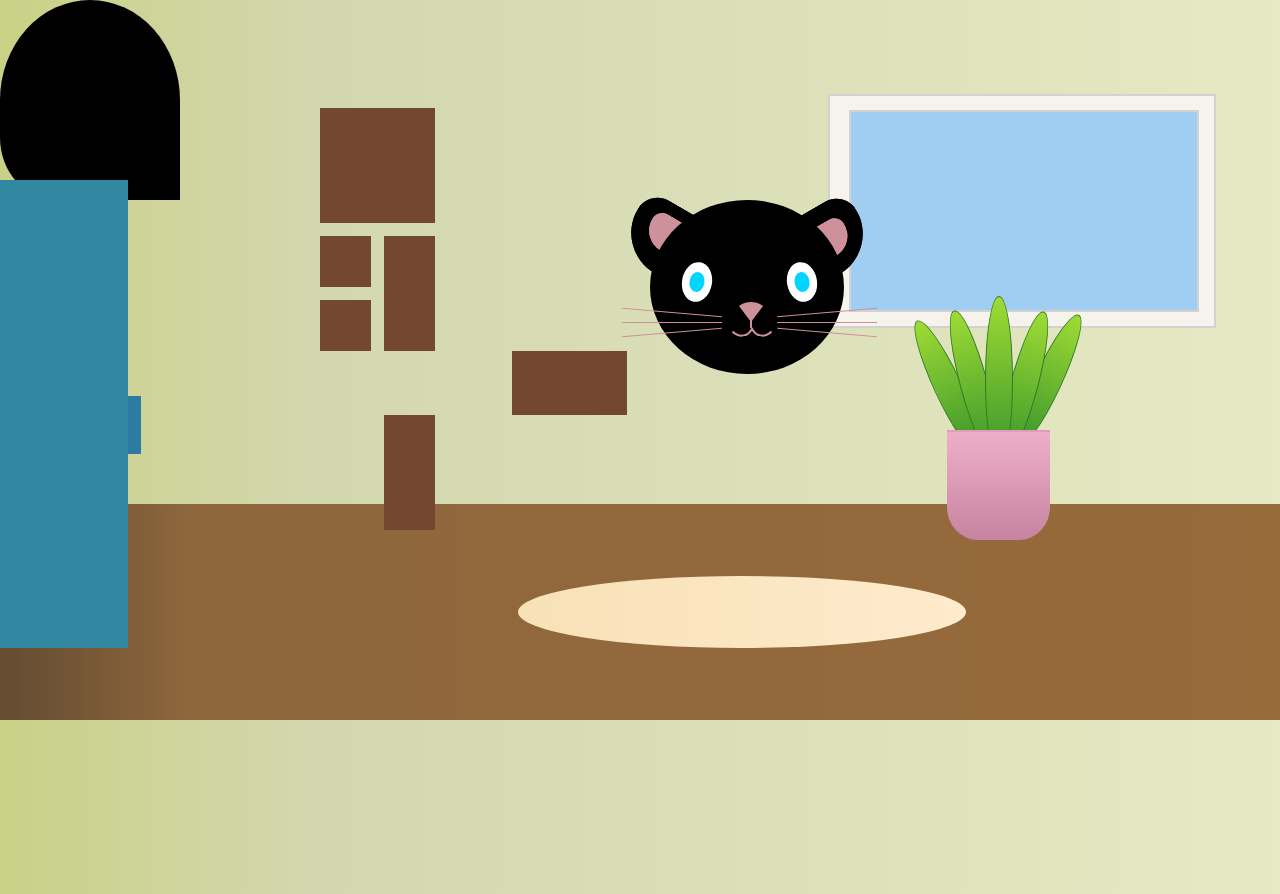
Repository: SandyLy453/COMP-2170-team-project
Page: index.html
The author's editor kept a copy of each file at every save. The page is drawn from the files as they stood at one save, then again after the next save.
The browser window is 1280 px wide. The pictures show the whole page.

Above is the page before, as saved 2024-05-03 13:48:08.

### index.html
<!DOCTYPE html>
<html lang="en">
<head>
    <meta charset="UTF-8">
    <meta name="viewport" content="width=device-width, initial-scale=1.0">
    <title>Team Project: Doll Dress-Up Game</title>
    <link rel="stylesheet" href="styles.css" />
</head>
<body>
    <main class="main-area">
        <div class="background">
            <div class="floor"></div>
            <div class="closet">
                <div class="openner"></div>
            </div>
            <div class="carpet"></div>
            <div class="window">
                <div class="outside"></div>
            </div>
            <div class="plantPot">
                <div class="leaves">
                    <div class="plant"></div>
                    <div class="plant-left-one"></div>
                    <div class="plant-right-one"></div>
                    <div class="plant-left-two"></div>
                    <div class="plant-right-two"></div>
                </div>
                <div class="pot"></div>
            </div>
            <div class="picturesCombo">
                <div class="pictures-one">
                    <div class="pic-one"></div>
                </div>
                <div class="pictures-two">
                    <div class="pic-two"></div>
                </div>
                <div class="pictures-three">
                    <div class="pic-three"></div>
                </div>
                <div class="pictures-four">
                    <div class="pic-four"></div>
                </div>
                <div class="pictures-five">
                    <div class="pic-five"></div>
                </div>
                <div class="pictures-six">
                    <div class="pic-six"></div>
                </div>
            </div>
        </div>

        <div class="character">
            <div class="cat">
                <div class="cat-head">
                    <div class="ears">

                        <div class="left-ear">
                            <div class="left-inner-ear">
                            </div>
                        </div>

                        <div class="right-ear">
                            <div class="right-inner-ear">
                            </div>
                        </div>
                    </div>

                    <div class="cat-eyes">
                        <div class="left-eye">
                            <div class="left-inner-eye">
                            </div>
                        </div>
                        <div class="right-eye">
                            <div class="right-inner-eye">
                            </div>
                        </div>
                    </div>

                    <div class="cat-nose"></div>

                    <div class="cat-mouth">
                        <div class="middle-line"></div>
                        <div class="left-line"></div>
                        <div class="right-line"></div>
                    </div>

                    <div class="cat-whiskers-left">
                        <div class="whisker-left-top"></div>
                        <div class="whisker-left-middle"></div>
                        <div class="whisker-left-bottom"></div>
                    </div>
                    <div class="cat-whiskers-right">
                        <div class="whisker-right-top"></div>
                        <div class="whisker-right-middle"></div>
                        <div class="whisker-right-bottom"></div>
                    </div>
                </div>

                <div class="cat-body">
                    <div class="arm left-arm"></div>
                    <div class="arm right-arm"></div>
                    <div class="foot left-foot"></div>
                    <div class="foot right-arm"></div>
                </div>
            </div>
        </div>
    </main>
    <script src="script.js"></script>
</body>
</html>

### styles.css
body {
    margin: 0;
    width: 100vw;
    min-height: 100vh;
    background: linear-gradient(90deg, rgba(201,209,134,1) 0%, rgba(211,215,174,1) 24%, rgba(230,234,196,1) 100%);
}

/* Background styling */

.background {
    z-index: -10;
}

.floor {
    position: absolute;
    bottom: 0;
    width: 100vw;
    height: 30vh;
    background: linear-gradient(90deg, rgba(102,77,50,1) 1%, rgb(142, 103, 61) 15%, rgba(151,106,58,1) 100%);
    z-index: -2;
}

.closet {
    position: absolute;
    bottom: 10vh;
    left: 0;
    width: 10vw;
    height: 65vh;
    background-color: rgb(50, 135, 161);
}

.openner {
    position: relative;
    width: 1vw;
    height: 8vh;
    left: 10vw;
    bottom: -30vh;
    background-color: rgb(43, 123, 163);
}

.carpet {
    width: 35vw;
    height: 10vh;
    border-radius: 50%;
    background: linear-gradient(90deg, rgba(247,225,183,1) 0%, rgba(255,235,205,1) 100%);
    position: absolute;
    bottom: 10vh;
    right: 24.5vw;
}

.window {
    width: 30vw;
    height: 32vh;
    background-color: rgb(246, 243, 237);
    position: absolute;
    right: 5vw;
    top: 13vh;
    border: 2px solid rgb(210, 210, 210);
    z-index: -10;
}

.outside {
    width: 27vw;
    height: 27.5vh;
    background-color: rgb(160, 206, 242);
    position: relative;
    left: 1.5vw;
    top: 2vh;
    border: 2px solid rgb(210, 210, 210)
}

.plantPot {
    position: absolute;
    right: 18vw;
    bottom: 25vh;
}

.pot {
    width: 8vw;
    height: 15vh;
    background: linear-gradient(180deg, rgba(238,174,202,1) 0%, rgba(199,132,161,1) 100%);
    border-bottom-left-radius: 30%;
    border-bottom-right-radius: 30%;
    border-top: 2px solid rgb(224, 156, 186);
    z-index: 2;
}

.leaves {
    position: relative;
    top: 29rem;
    left: 0.45rem;
}

.plant {
    height: 23vh;
    width: 2vw;
    background: linear-gradient(0deg, rgba(55,148,42,1) 0%, rgba(159,219,53,1) 100%);
    z-index: -1;
    position: relative;
    top: 10.5rem;
    left: 30%;
    border-radius: 100%;
    border: 1px solid rgb(47, 124, 37);
}

.plant-left-one {
    height: 21vh;
    width: 2vw;
    background: linear-gradient(0deg, rgba(55,148,42,1) 0%, rgba(159,219,53,1) 100%);
    z-index: -2;
    position: relative;
    top: 0.75rem;
    left: 0.35rem;
    border-radius: 100%;
    border: 1px solid rgb(47, 124, 37);
    transform: rotate(-15deg);
}

.plant-right-one {
    height: 21vh;
    width: 2vw;
    background: linear-gradient(0deg, rgba(55,148,42,1) 0%, rgba(159,219,53,1) 100%);
    z-index: -3;
    position: relative;
    top: -8.75rem;
    left: 3.5rem;
    border-radius: 100%;
    border: 1px solid rgb(47, 124, 37);
    transform: rotate(15deg);
}

.plant-left-two {
    height: 20vh;
    width: 2vw;
    background: linear-gradient(0deg, rgba(55,148,42,1) 0%, rgba(159,219,53,1) 100%);
    z-index: -4;
    position: relative;
    top: -18rem;
    left: -1.25rem;
    border-radius: 100%;
    border: 1px solid rgb(47, 124, 37);
    transform: rotate(-25deg);
}

.plant-right-two {
    height: 20vh;
    width: 2vw;
    background: linear-gradient(0deg, rgba(55,148,42,1) 0%, rgba(159,219,53,1) 100%);
    z-index: -5;
    position: relative;
    top: -27.5rem;
    left: 5rem;
    border-radius: 100%;
    border: 1px solid rgb(47, 124, 37);
    transform: rotate(25deg);
}

.picturesCombo {
    position: absolute;
    left: 25vw;
    top: 15vh;
}

.pictures-one {
    position: relative;
    width: 9vw;
    height: 9vw;
    background-color: rgb(115, 72, 47);
}

.pictures-two {
    position: relative;
    top: 1vw;
    width: 4vw;
    height: 4vw;
    background-color: rgb(115, 72, 47);
}

.pictures-three {
    position: relative;
    top: 2vw;
    width: 4vw;
    height: 4vw;
    background-color: rgb(115, 72, 47);
}

.pictures-four {
    position: relative;
    top: -7vw;
    left: 5vw;
    width: 4vw;
    height: 9vw;
    background-color: rgb(115, 72, 47);
}

.pictures-five {
    position: relative;
    top: -7vw;
    left: 15vw;
    width: 9vw;
    height: 5vw;
    background-color: rgb(115, 72, 47);
}

.pictures-six {
    position: relative;
    top: -7vw;
    left: 5vw;
    width: 4vw;
    height: 9vw;
    background-color: rgb(115, 72, 47);
}



/* Cat styling */

.cat-head {
    position: absolute;
    right: 0;
    left: 650px;
    top: 200px;
    bottom: 0;
    background-color: black;
    width: 190px;
    height: 170px;
    border: 2px solid black;
    border-radius: 50%;
}

.left-ear {
    position: absolute;
    z-index: -1;
    top: 0;
    left: -25px;
    border-top-left-radius: 80px;
    border-top-right-radius: 40px;
    transform: rotate(-60deg);
    border-left: 35px solid black;
    border-right: 35px solid black;
    border-bottom: 70px solid black;
}

.right-ear {
    position: absolute;
    z-index: -1;
    top: 1px;
    left: 145px;
    border-top-left-radius: 40px;
    border-top-right-radius: 80px;
    transform: rotate(60deg);
    border-left: 35px solid black;
    border-right: 35px solid black;
    border-bottom: 70px solid black;
}

.left-inner-ear {
    position: absolute;
    top: 0;
    left: -30px;
    transform: scale(0.5);
    border-top-left-radius: 80px;
    border-top-right-radius: 40px;
    border-bottom-right-radius: 40%;
    border-bottom-left-radius: 40%;
    border-left: 35px solid rgb(206, 144, 154);
    border-right: 35px solid rgb(206, 144, 154);
    border-bottom: 70px solid rgb(206, 144, 154);
}

.right-inner-ear {
    position: absolute;
    top: 0px;
    left: -35px;
    transform: scale(0.5);
    border-top-left-radius: 40px;
    border-top-right-radius: 80px;
    border-bottom-right-radius: 40%;
    border-bottom-left-radius: 40%;
    border-left: 35px solid rgb(206, 144, 154);
    border-right: 35px solid rgb(206, 144, 154);
    border-bottom: 70px solid rgb(206, 144, 154);
}

.left-eye {
    position: absolute;
    top: 60px;
    left: 30px;
    border-radius: 60%;
    transform: rotate(10deg);
    width: 30px;
    height: 40px;
    background-color: white;
}

.right-eye {
    position: absolute;
    top: 60px;
    left: 135px;
    border-radius: 60%;
    transform: rotate(-10deg);
    width: 30px;
    height: 40px;
    background-color: white;
}

.left-inner-eye {
    position: absolute;
    top: 0px;
    left: 0px;
    border-radius: 60%;
    transform: scale(0.5);
    width: 30px;
    height: 40px;
    background-color: rgb(0, 213, 255);
}

.right-inner-eye {
    position: absolute;
    top: 0px;
    left: 0px;
    border-radius: 60%;
    transform: scale(0.5);
    width: 30px;
    height: 40px;
    background-color: rgb(0, 213, 255);
}

.cat-nose {
    position: absolute;
    top: 100px;
    left: 84px;
    border-top-left-radius: 50%;
    border-top-right-radius: 50%;
    border-bottom-right-radius: 50%;
    border-bottom-left-radius: 50%;
    transform: rotate(180deg);
    border-left: 15px solid transparent;
    border-right: 15px solid transparent;
    border-bottom: 20px solid rgb(206, 144, 154);
}

/* .cat-mouth div{
    position: absolute;
    top: 50px;
    width: 30px;
    height: 50px;
    border: 2px solid rgb(206, 144, 154);
    border-radius: 190%/190px;
    border-color: rgb(206, 144, 154) transparent transparent transparent;
} */

.left-line {
    position: absolute;
    top: 81px;
    left: 69.5px;
    width: 30px;
    height: 50px;
    border: 2px solid rgb(206, 144, 154);
    border-radius: 80%;
    transform: rotate(170deg);
    border-color: rgb(206, 144, 154) transparent transparent transparent;
}

.middle-line {
    position: absolute;
    top: 120px;
    left: 94px;
    width: 10px;
    height: 2px;
    background-color: rgb(206, 144, 154);
    transform: rotate(90deg);
}

.right-line {
    position: absolute;
    top: 81px;
    left: 95.5px;
    width: 30px;
    height: 50px;
    border: 2px solid rgb(206, 144, 154);
    border-radius: 80%;
    transform: rotate(190deg);
    border-color: rgb(206, 144, 154) transparent transparent transparent;
}

.whisker-left-top {
    position: absolute;
    top: 110px;
    left: -30px;
    transform: rotate(5deg);
    width: 100px;
    height: 1px;
    background-color: rgb(206, 144, 154);
}

.whisker-left-middle {
    position: absolute;
    top: 120px;
    left: -30px;
    transform: rotate(0deg);
    width: 100px;
    height: 1px;
    background-color: rgb(206, 144, 154);
}

.whisker-left-bottom {
    position: absolute;
    top: 130px;
    left: -30px;
    transform: rotate(-5deg);
    width: 100px;
    height: 1px;
    background-color: rgb(206, 144, 154);
}

.whisker-right-top {
    position: absolute;
    top: 110px;
    left: 125px;
    transform: rotate(-5deg);
    width: 100px;
    height: 1px;
    background-color: rgb(206, 144, 154);
}

.whisker-right-middle {
    position: absolute;
    top: 120px;
    left: 125px;
    transform: rotate(0deg);
    width: 100px;
    height: 1px;
    background-color: rgb(206, 144, 154);
}

.whisker-right-bottom {
    position: absolute;
    top: 130px;
    left: 125px;
    transform: rotate(5deg);
    width: 100px;
    height: 1px;
    background-color: rgb(206, 144, 154);
}

.cat-body {
    width: 180px;
    height: 200px;
    background-color: black;
    border-top-left-radius: 80%;
    border-top-right-radius: 80%;
    border-bottom-left-radius: 50%;
}

### script.js
const shirts = ["shirt1","shirt2","shirt3","shirt4", "shirt5"]

const bottoms = ["bottom1","bottom2","bottom3","bottom4", "bottom5"]

const accessories = ["acc1","acc2","acc3","acc4", "acc5"]

After the next save:
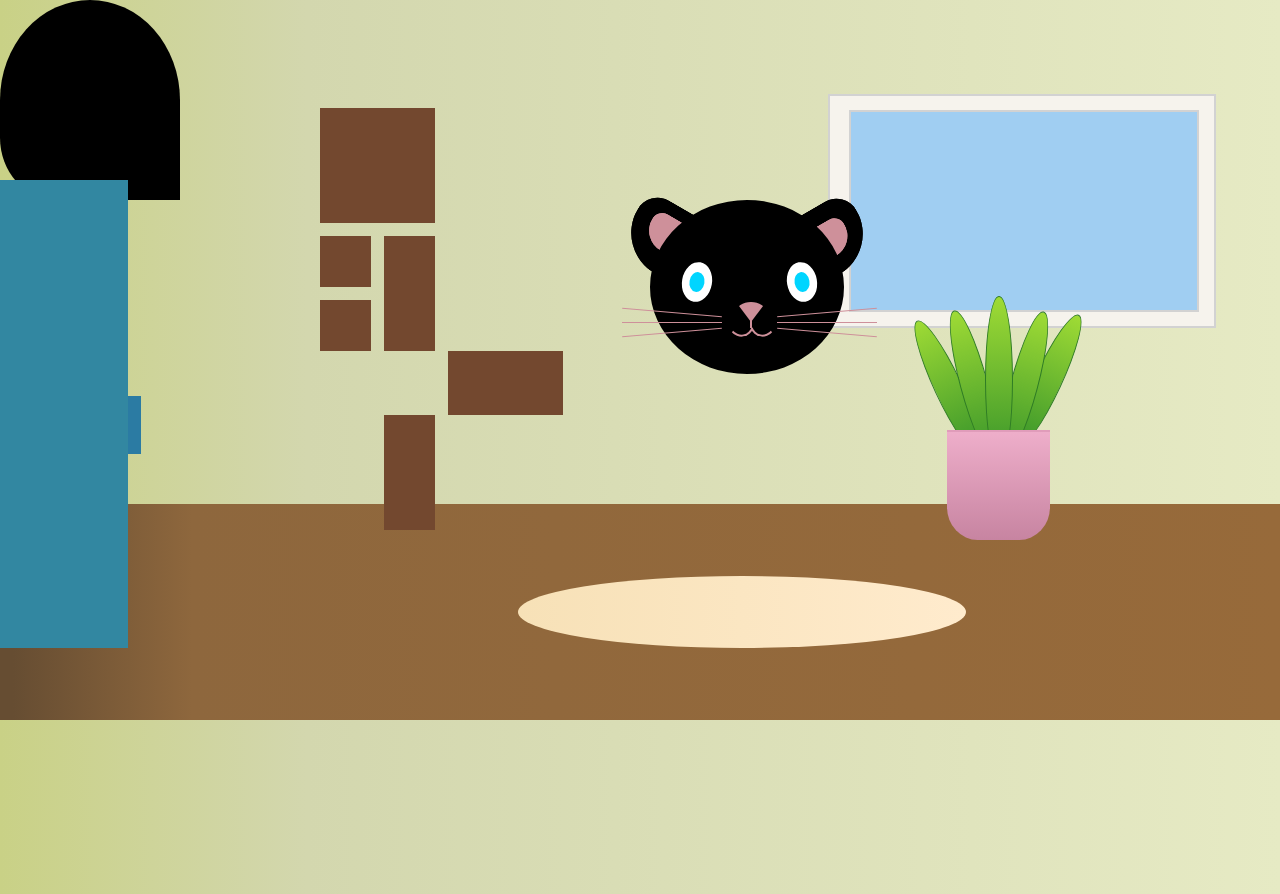
Saved 4 s later.
--- a/styles.css
+++ b/styles.css
@@ -196,7 +196,7 @@ body {
 .pictures-five {
     position: relative;
     top: -7vw;
-    left: 15vw;
+    left: 10vw;
     width: 9vw;
     height: 5vw;
     background-color: rgb(115, 72, 47);
@@ -451,4 +451,5 @@ body {
     border-top-left-radius: 80%;
     border-top-right-radius: 80%;
     border-bottom-left-radius: 50%;
-}
+
+}
